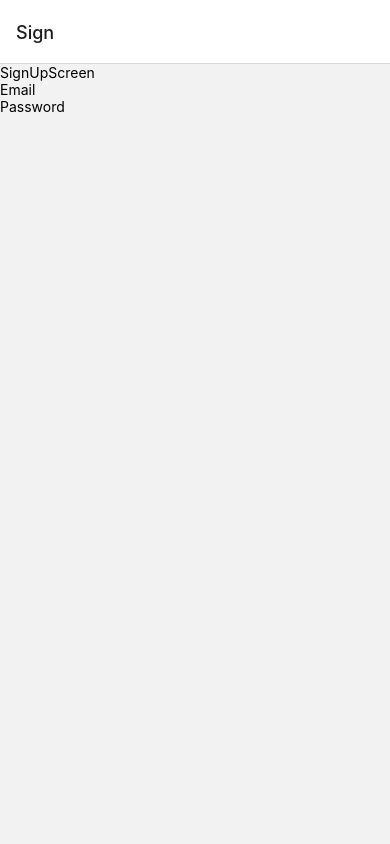
Repository: kgayathridevi/pregband
Screen: /
The author's editor kept a copy of each file at every save. The screen is drawn from the files as they stood at one save, then again after a run of saves.
The app was drawn by React Native's web renderer in a window 390 px wide. The project was rebuilt for these pictures with package versions that can differ from the ones it lists, and the page was loaded fresh each time. Also part of the build but not shown: component/LogInScreen.jsx.

Above is the screen before, as saved 2023-04-28 11:37:04.

### App.js
import { NavigationContainer } from "@react-navigation/native";
import { createNativeStackNavigator } from "@react-navigation/native-stack";
import { StatusBar } from "expo-status-bar";
import { StyleSheet, Text, View } from "react-native";
import SignUpScreen from "./component/SignUpScreen";
import LogInScreen from "./component/LogInScreen";

const Stack = createNativeStackNavigator();
export default function App() {
  return (
    <NavigationContainer>
      <Stack.Navigator>
        <Stack.Screen name="Sign" component={SignUpScreen} />
        <Stack.Screen name="Log" component={LogInScreen} />
      </Stack.Navigator>
    </NavigationContainer>
  );
}

const styles = StyleSheet.create({
  // container: {
  //   flex: 1,
  //   backgroundColor: '#fff',
  //   alignItems: 'center',
  //   justifyContent: 'center',
  // },
});

### component/SignUpScreen.jsx
import { StyleSheet, Text, TextInput, View } from "react-native";
import React from "react";
import { Button } from "react-native";

const SignUpScreen = ({ navigation }) => {
  return (
    <View>
      <Text>SignUpScreen</Text>
      <TextInput placeholder="Email" />
      <TextInput secureTextEntry={true} placeholder="Password" />
    </View>
  );
};

export default SignUpScreen;

const styles = StyleSheet.create({});

After the next 2 saves:
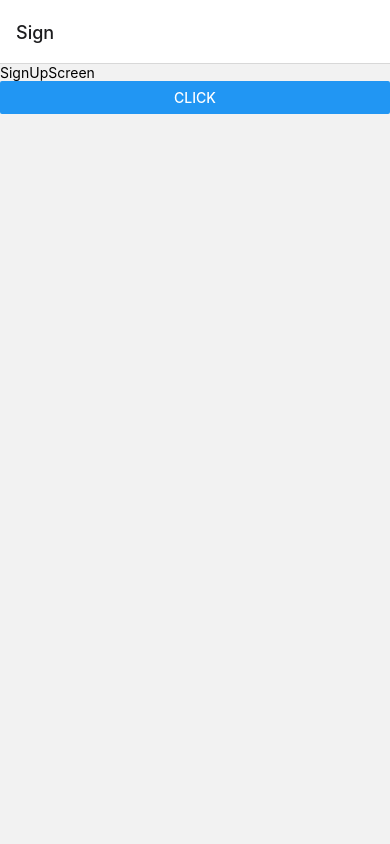
The 2 saves are shown as one change because 1 did not build or start.
The last was saved 2 min 42 s later.
--- a/component/SignUpScreen.jsx
+++ b/component/SignUpScreen.jsx
@@ -1,4 +1,4 @@
-import { StyleSheet, Text, TextInput, View } from "react-native";
+import { StyleSheet, Text, View } from "react-native";
 import React from "react";
 import { Button } from "react-native";
 
@@ -6,8 +6,7 @@ const SignUpScreen = ({ navigation }) => {
   return (
     <View>
       <Text>SignUpScreen</Text>
-      <TextInput placeholder="Email" />
-      <TextInput secureTextEntry={true} placeholder="Password" />
+      <Button title="click" onPress={() => navigation.navigate("Log")} />
     </View>
   );
 };
